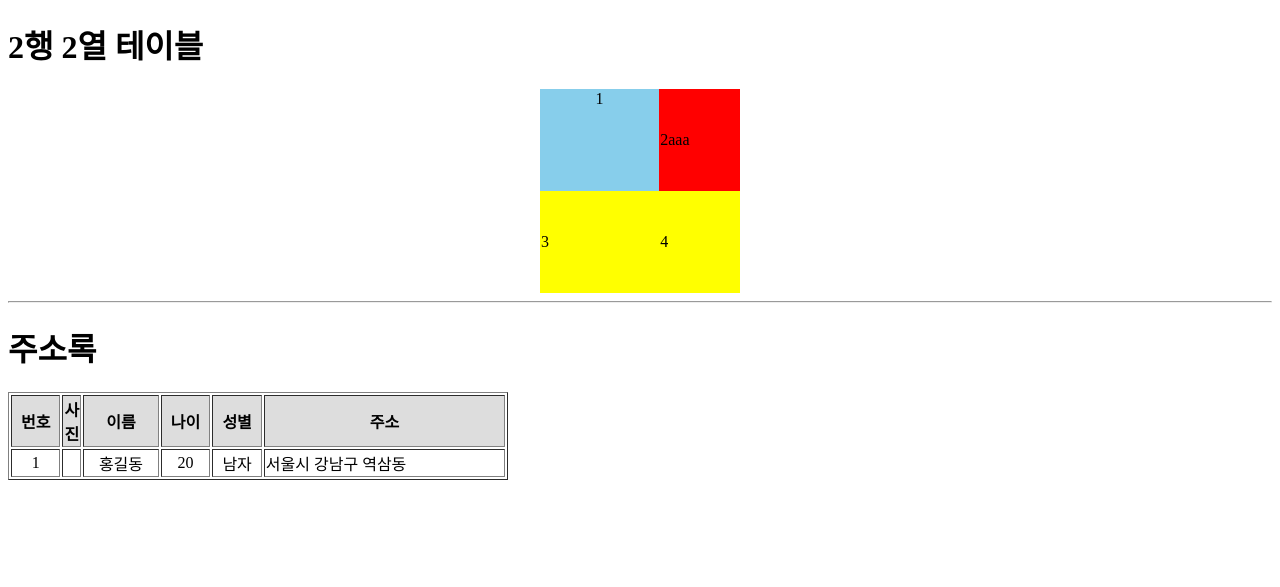
Repository: ssj5037/Class-Study
Page: [5] HTML, CSS, JavaScript/ClientTest/WebContent/Ex14_table.html
An editor plug-in stored every save of this project. The page is shown before and after the next save, followed by the edit.
The browser window is 1280 px wide. The pictures show the whole page.

Above is the page before, as saved 2020-06-19 07:42:14.

### [5] HTML, CSS, JavaScript/ClientTest/WebContent/Ex14_table.html
<!DOCTYPE html>
<html>
<head>
<meta charset="UTF-8">
<title>Insert title here</title>
</head>
<body>
	<!--

		Ex14_table.html

		<table>, 표
		- 표 만들 때 사용
		- 레이아웃 만들 때 사용 -> 잘 안씀 -> <div> + CSS 사용

		1. <table>
			- 큰 상자
			- 전체 컨테이너
		2. <tr>, table row
			- 중간 상자
			- 행 역할
		3. <td>, table data
			- 작은 상자
			- 셀 역할
			- 테이블의 데이터는 <td>가 가진다.
		4. <th>, table header
			- 작은 상자
			- 셀 역할
			- 헤더의 셀 역할(제목 역할)

	 -->

	 <h1>2행 2열 테이블</h1>

	 <table border="0" width="200" height="200" bgcolor="yellow" cellspacing="0" align="center" valign="center">
	 	<tr bgcolor = "red">
	 		<td width="120" height="100" bgcolor="skyblue" align="center" valign="top">1</td>
	 		<td width="80">2aaa</td>
	 	</tr>
	 	<tr>
	 		<td height="100">3</td>
	 		<td>4</td>
	 	</tr>
	 </table>

	 <hr>

	 <h1>주소록</h1>

	 <table border="1" width="500">
	 	<!-- 테이블 헤더 -->
	 	<tr bgcolor="#dddddd">
	 		<th width="50">번호</th>
	 		<th>사진</th>
	 		<th width="80">이름</th>
	 		<th width="50">나이</th>
	 		<th width="50">성별</th>
	 		<th width="270">주소</th>
	 	</tr>
	 	<tr>
	 		<td align="center">1</td>
	 		<td></td>
	 		<td align="center">홍길동</td>
	 		<td align="center">20</td>
	 		<td align="center">남자</td>
	 		<td>서울시 강남구 역삼동</td>
	 	</tr>
	 </table>


</body>
</html>

After the next save:
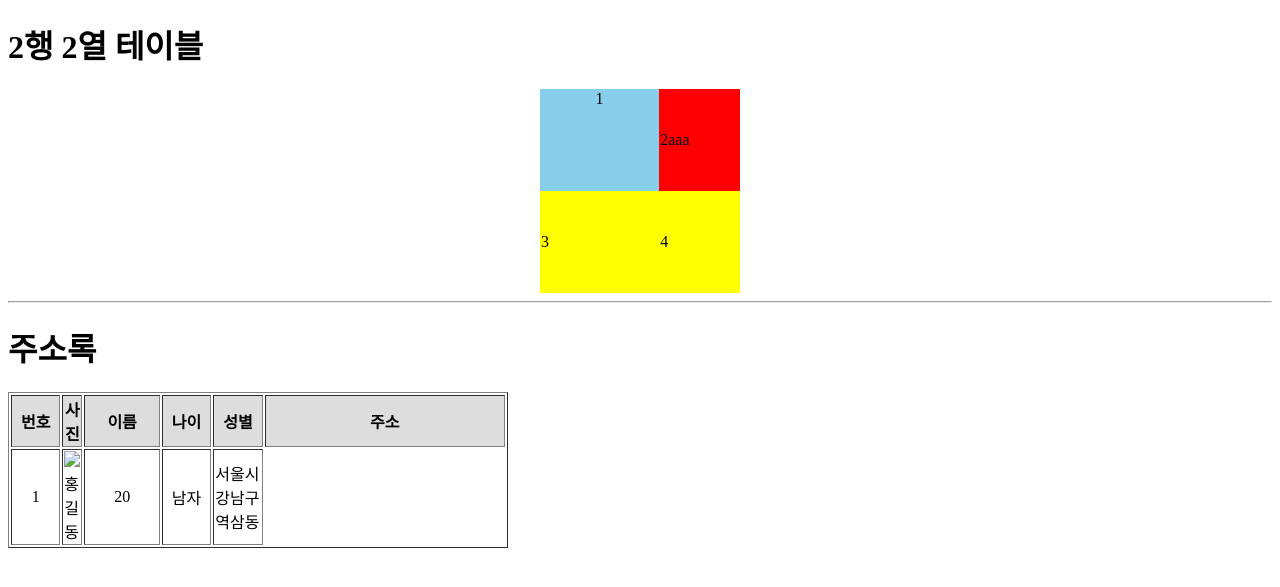
Saved 34 s later.
--- a/[5] HTML, CSS, JavaScript/ClientTest/WebContent/Ex14_table.html
+++ b/[5] HTML, CSS, JavaScript/ClientTest/WebContent/Ex14_table.html
@@ -59,7 +59,7 @@
 	 	</tr>
 	 	<tr>
 	 		<td align="center">1</td>
-	 		<td></td>
+	 		<td><img src="images/man_01.png</td>
 	 		<td align="center">홍길동</td>
 	 		<td align="center">20</td>
 	 		<td align="center">남자</td>
